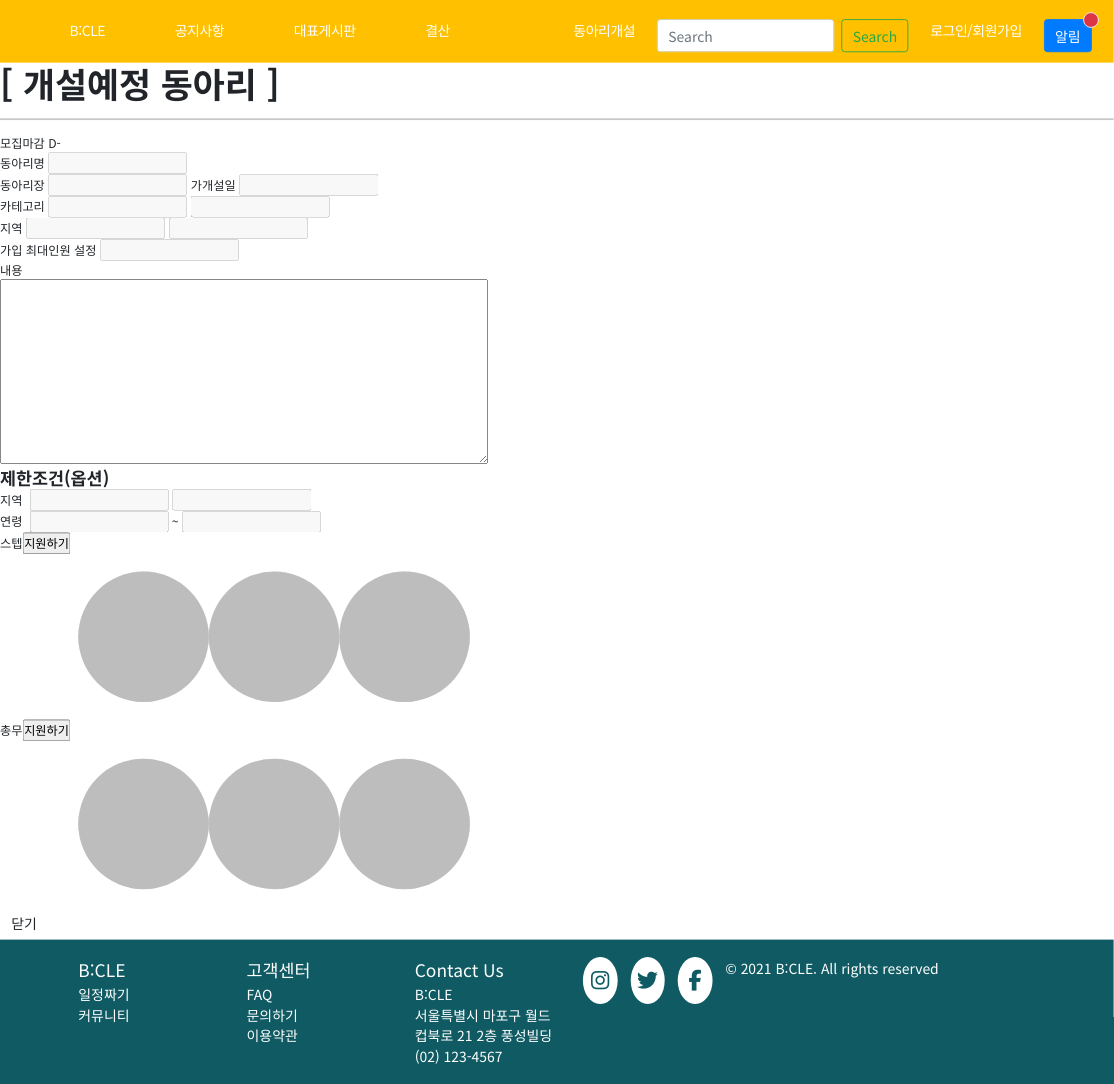
Repository: CHAEYUN7074/SpringProject_Bcle
Page: http://localhost/Bcle/ClubBeforeOpenedContents.jsp
An editor plug-in stored every save of this project. The page is shown before and after the next save, followed by the edit.
The browser window is 1280 px wide. The pictures show the whole page, at 87% of full size.
Some web fonts or font styles are not loaded; a fallback is used. Some web libraries are served in a nearby version. The page is served by Tomcat 9. The template is opened directly, without the code that normally fills it, so the values that code supplies are empty.

Above is the page before, as saved 2021-12-21 05:55:01.
Console error (its wording comes from the project's code and is left out).

After the next save:
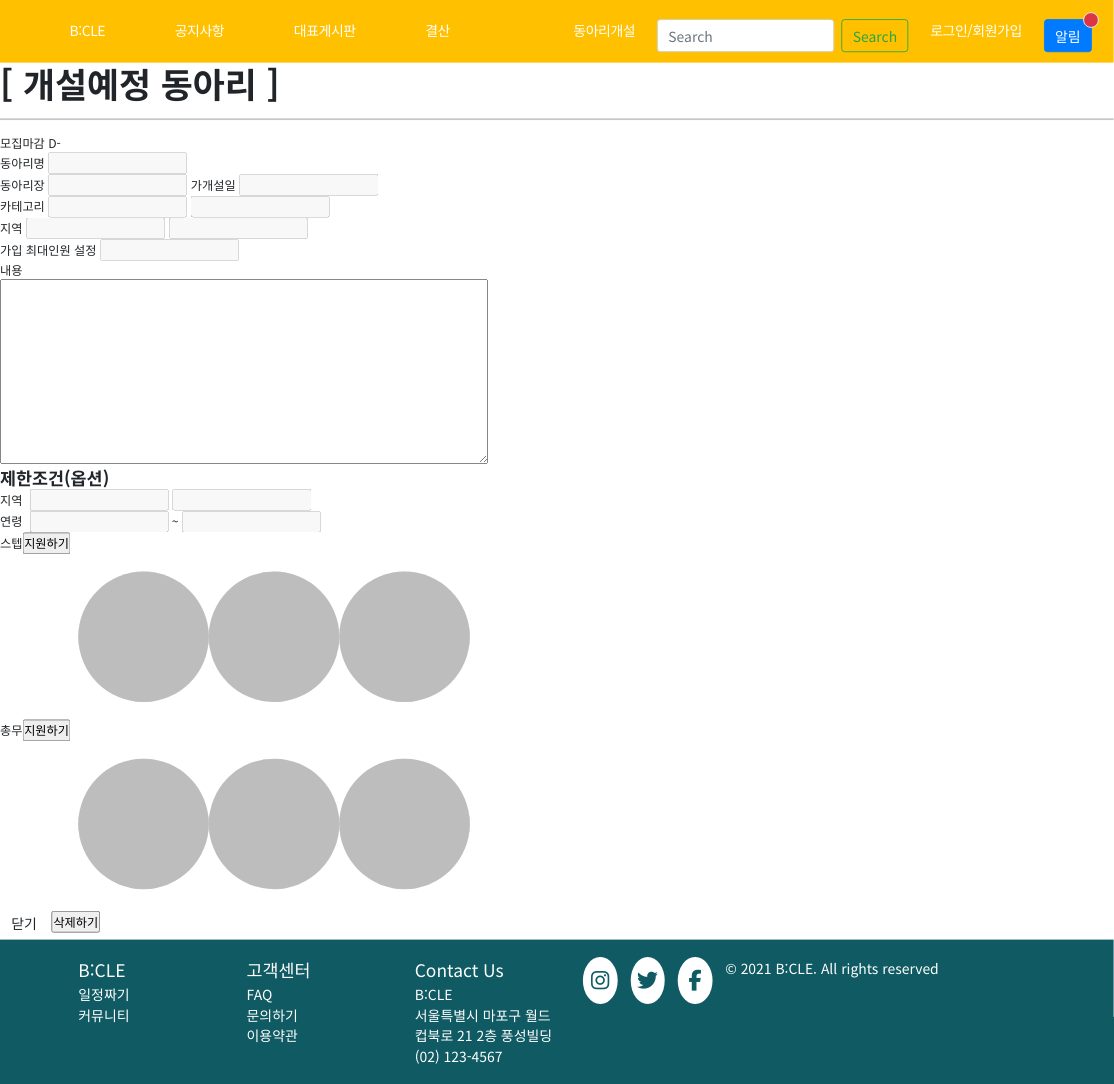
Saved 68 min 6 s later.
--- a/Bcle/WebContent/ClubBeforeOpenedContents.jsp
+++ b/Bcle/WebContent/ClubBeforeOpenedContents.jsp
@@ -130,6 +130,7 @@ ClubBeforeOpenedContents.jsp
                      <div>
                               <button type="button" class="btn" id="closeBtn"
                               onclick="location.href='clubprelistform.action'">닫기</button>
+                              <input type="button" value="삭제하기" class="btn2" onclick="sendIt()"/>
                            </div>
 
                   </div>
